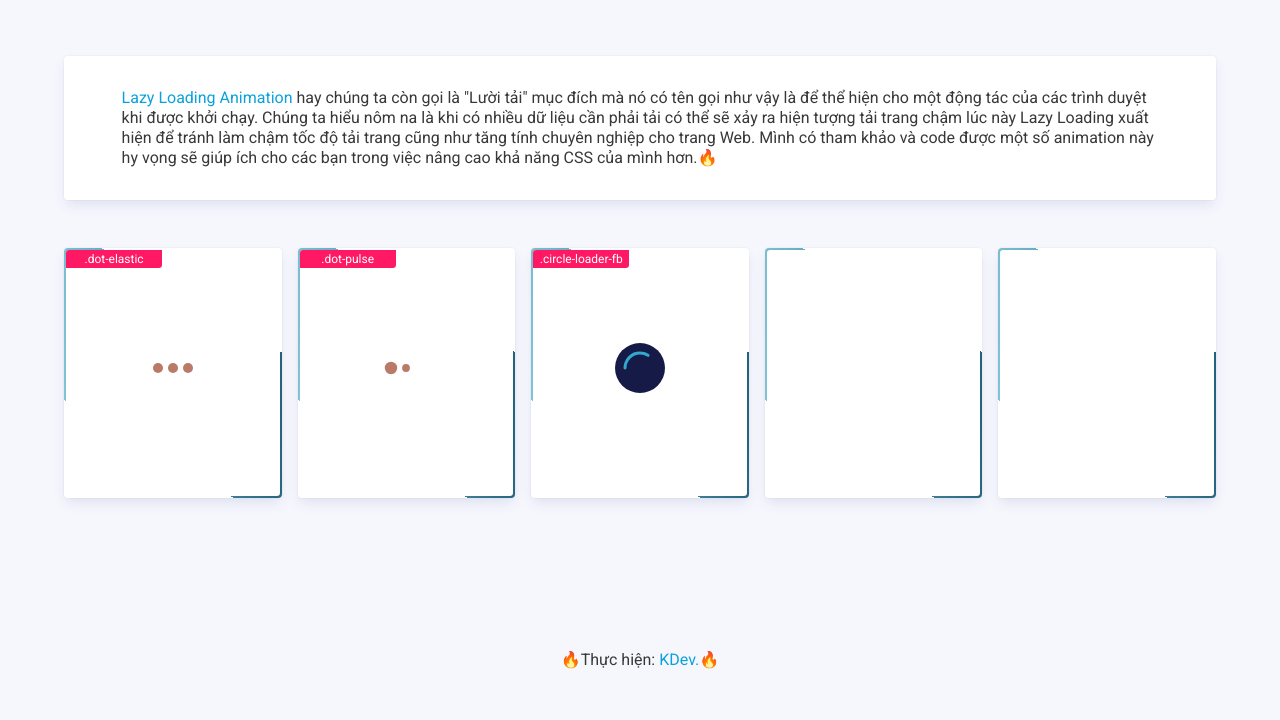
Repository: haokiet2501/lazy-loader-animation
Page: index.html
These files come from the project's save history. The page is drawn as it stood at one moment and after the next save; the edit follows.
The browser window is 1280 px wide. The pictures show the whole page.
The style sheet was rebuilt from its Sass, Less or Tailwind sources for each picture, by a compiler version that may differ from the author's.

Above is the page before, as saved 2022-05-07 01:28:58.

After the next save:
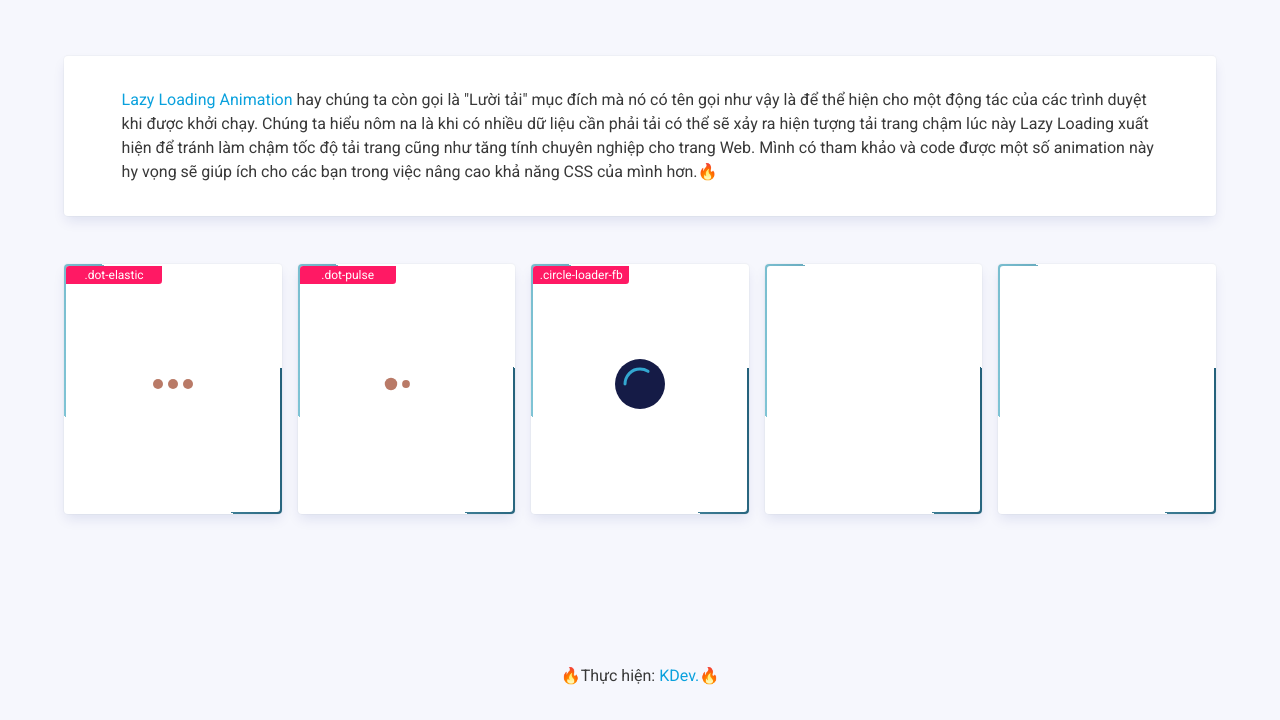
Saved 9 s later.
--- a/sass/styles.scss
+++ b/sass/styles.scss
@@ -13,7 +13,7 @@ $color-text: #383838;
     box-shadow: 0 .4rem .8rem -.1rem rgba(0, 32, 128, .1), 0 0 0 1px #f0f2f7;
     border-radius: .25rem;
     color: $color-text;
-    line-height: 20px;
+    line-height: 24px;
 }
 
 .row {
